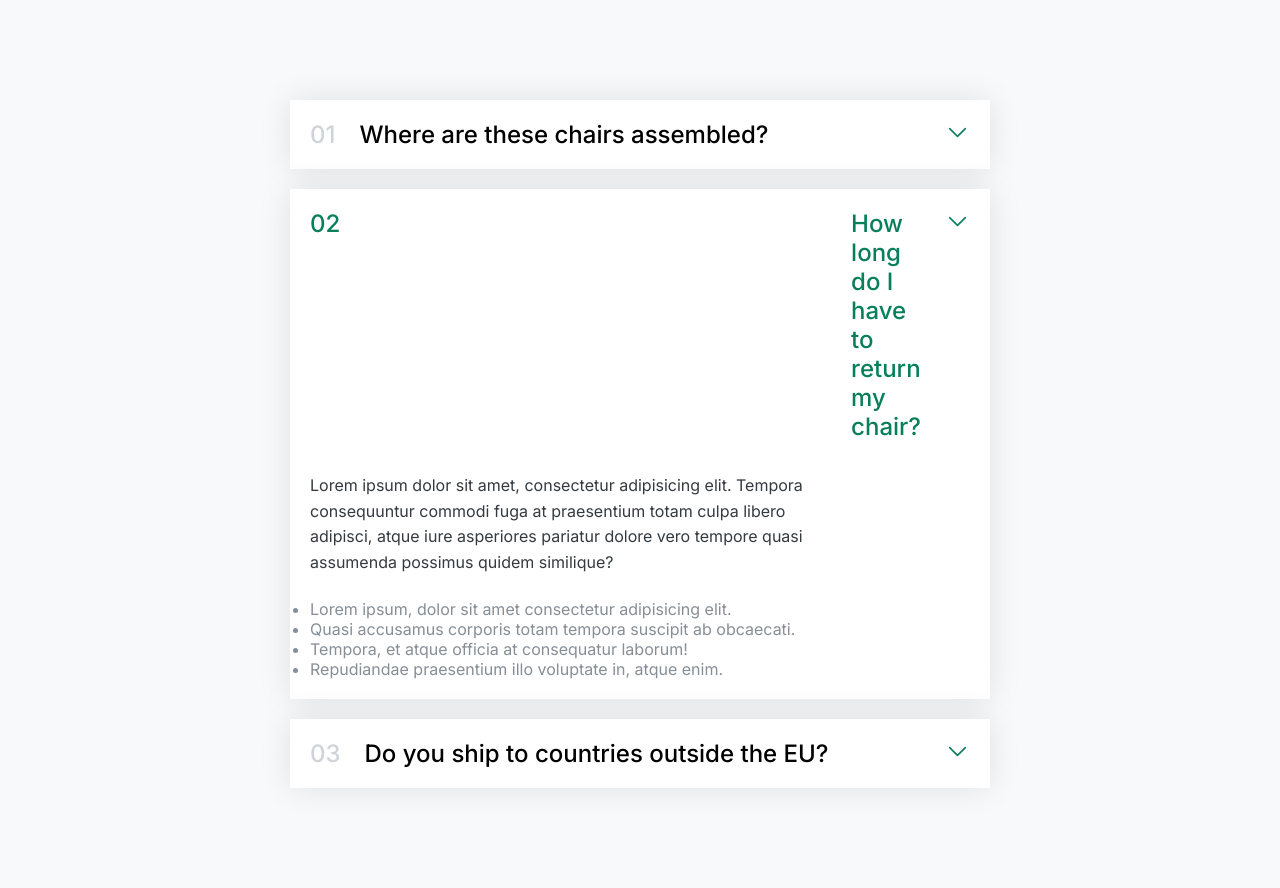
Repository: Ahmed123rezk123/06-Components
Page: accordion.html
An editor plug-in stored every save of this project. The page is shown before and after the next save, followed by the edit.
The browser window is 1280 px wide. The pictures show the whole page.

Above is the page before, as saved 2024-09-16 03:04:14.

After the next save:
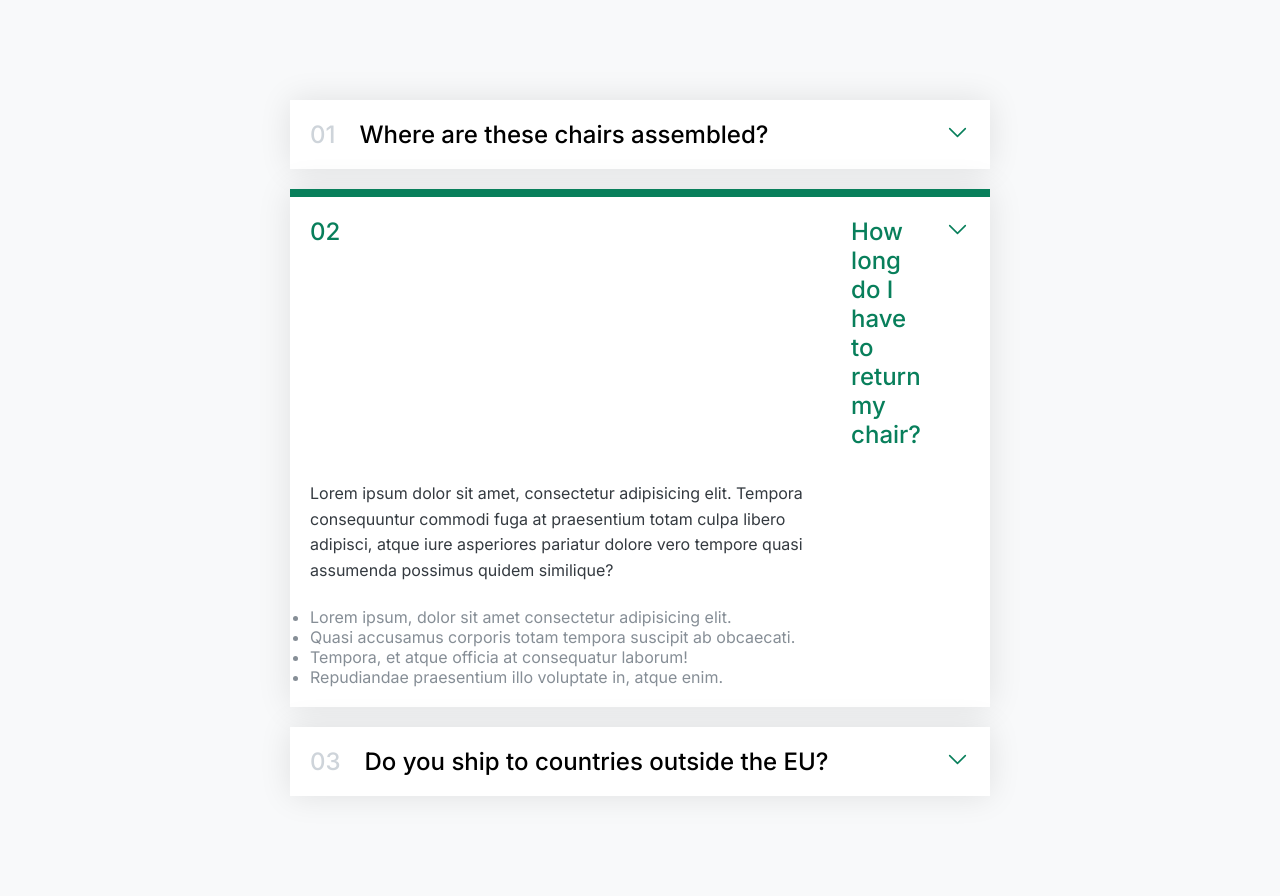
Saved 36 s later.
--- a/accordion.css
+++ b/accordion.css
@@ -40,13 +40,13 @@ body {
   color: #087f5b;
 }
 
-.num2 {
-  color: #087f5b;
+.item2 {
+  border-top: 8px solid #087f5b;
 }
+.num2,
 .text2 {
   color: #087f5b;
 }
-
 .hidden-box p {
   line-height: 1.6;
   margin-bottom: 24px;
